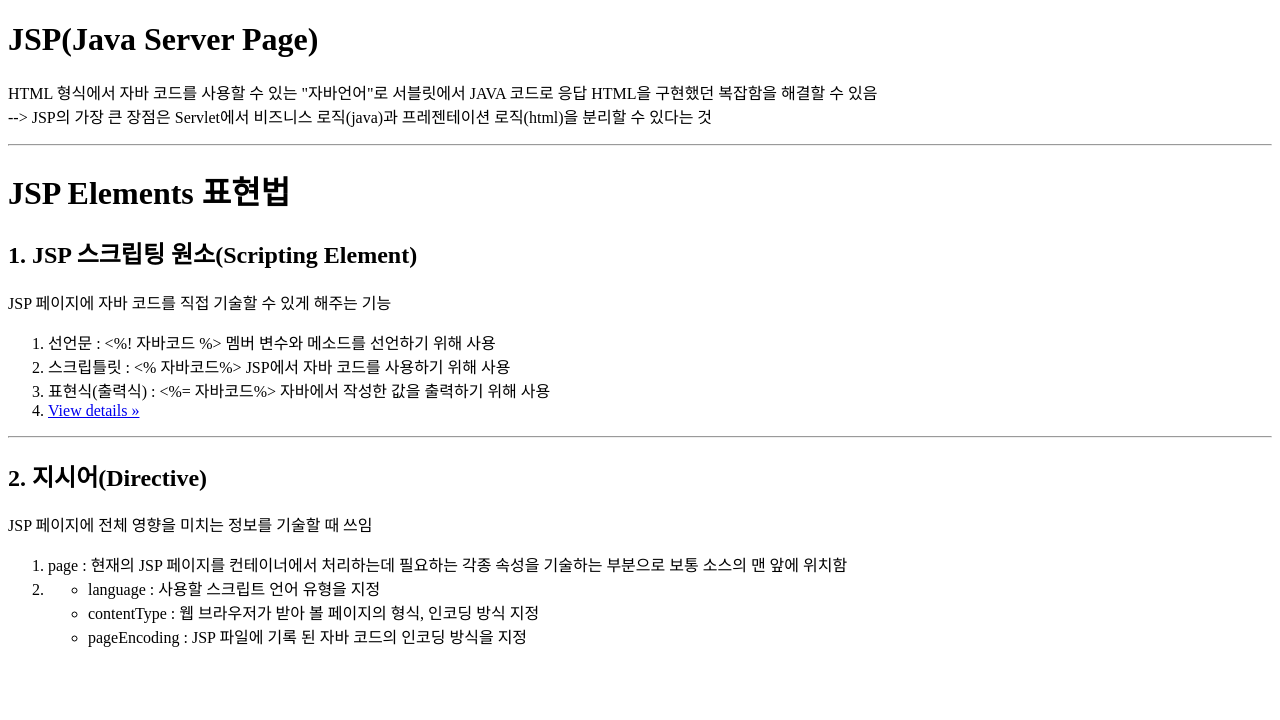
Repository: chuhj1226/servlet
Page: workspace/2_JSP/WebContent/index.html
The author's editor kept a copy of each file at every save. The page is drawn from the files as they stood at one save, then again after the next save.
The browser window is 1280 px wide. The pictures show the whole page.

Above is the page before, as saved 2021-10-05 08:36:32.

After the next save:
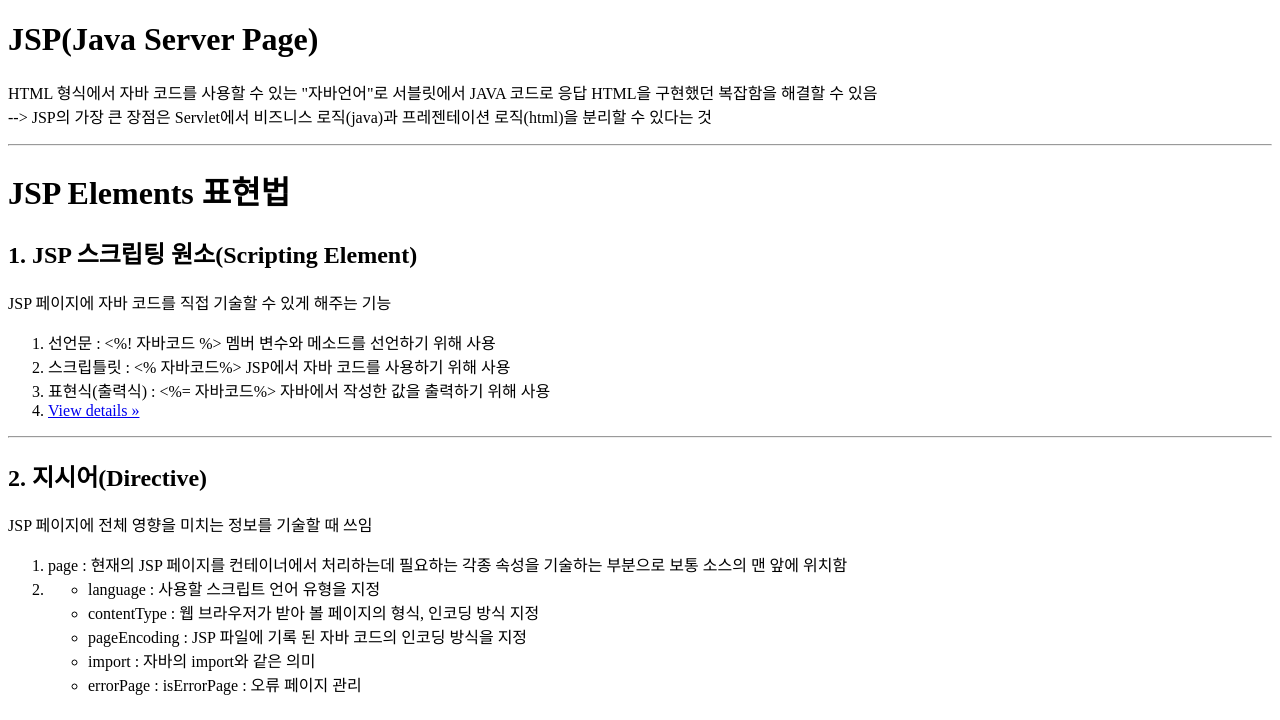
Saved 2 min 13 s later.
--- a/workspace/2_JSP/WebContent/index.html
+++ b/workspace/2_JSP/WebContent/index.html
@@ -44,7 +44,8 @@
 					<li>language : 사용할 스크립트 언어 유형을 지정</li>
 					<li>contentType : 웹 브라우저가 받아 볼 페이지의 형식, 인코딩 방식 지정</li>
 					<li>pageEncoding : JSP 파일에 기록 된 자바 코드의 인코딩 방식을 지정</li>
-
+					<li>import : 자바의 import와 같은 의미</li>
+					<li>errorPage : isErrorPage : 오류 페이지 관리</li>
 				</ul>
 		</ol>
 	</body>
